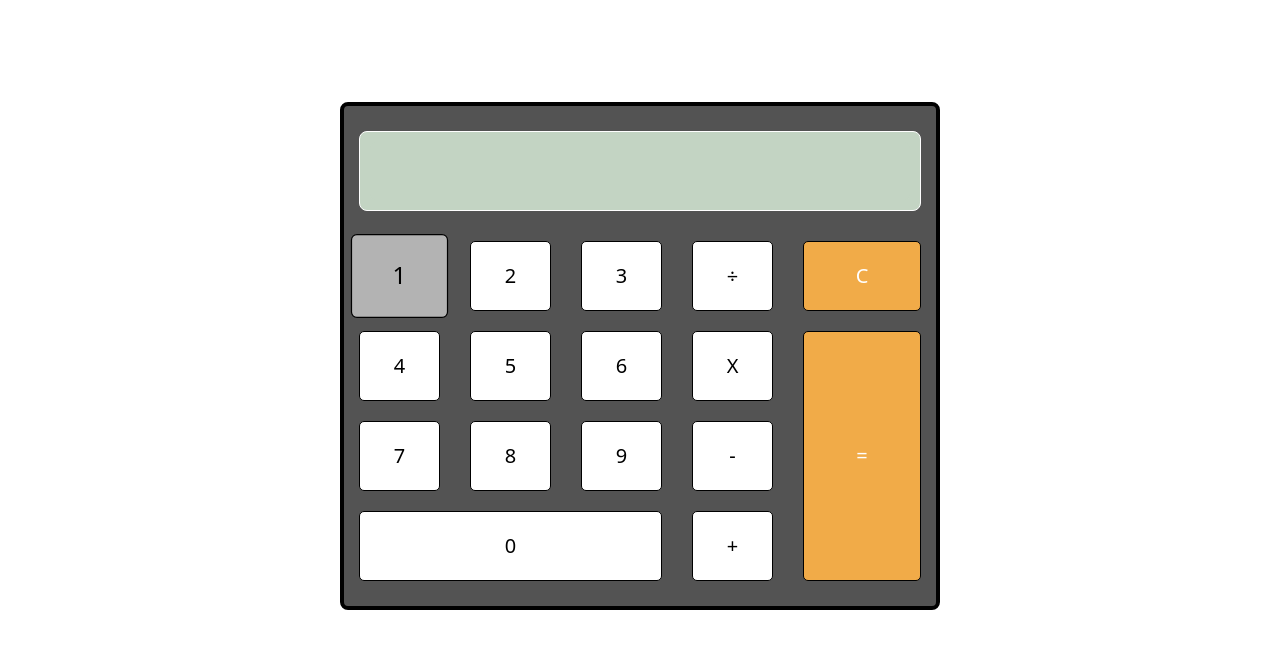
Repository: jsakdalan/CalculatorReactTypescript
Page: /
An editor plug-in stored every save of this project. The page is shown before and after the next save, followed by the edit.
The browser window is 1280 px wide. The pictures show the whole page.
The first visible `.btn-primary` is being pressed.
The project was rebuilt for these pictures with package versions that can differ from the ones it lists, and the page was loaded fresh each time. Also part of the build but not shown: src/App.css.

Above is the page before, as saved 2022-06-07 17:49:44.

### src/App.tsx
import  Calculator from './pages/Calculator';
import './App.css';
import 'bootstrap/dist/css/bootstrap.min.css'

export default function App() {

  return(
    <Calculator/>
  )
}

### src/pages/Calculator.tsx
import React from 'react';
import Col from 'react-bootstrap/Col';
import Container from 'react-bootstrap/Container';
import Row from 'react-bootstrap/Row';
import Button from 'react-bootstrap/Button';
import InputGroup from 'react-bootstrap/InputGroup';
import FormControl from 'react-bootstrap/FormControl';
import './Calculator.css'

export default function TextEditor(){

    interface Screen{
        styling: string;
    }

    interface Buttons {
        styling: string;
        btnNumber: string;
    }

    const Screen = (props:Screen) => {
        return(
            <InputGroup size="lg" className={props.styling}>
                    <FormControl
      aria-label="Default"
      aria-describedby="inputGroup-sizing-default"
    />
            </InputGroup>
        )
    }

    const Buttons = (props:Buttons) => {
        return(
            <Button className={props.styling}>
                {props.btnNumber}
            </Button>
        )
    }

    return(
        <>
            <Container className="container">
                <Row>
                    <Col><Screen styling="screen"/></Col>
                </Row>
                <Row>
                    <Col md={9}>
                        <Row>
                            <Col md={12}>
                                <Row>
                                    <Col md={3}><Buttons styling="numerical" btnNumber="1"/></Col>
                                    <Col md={3}><Buttons styling="numerical" btnNumber="2"/></Col>
                                    <Col md={3}><Buttons styling="numerical" btnNumber="3"/></Col>
                                    <Col md={3}><Buttons styling="operational" btnNumber="&#247;"/></Col>
                                </Row>
                            </Col>
                            <Col md={12}>
                                <Row>
                                    <Col md={3}><Buttons styling="numerical" btnNumber="4"/></Col>
                                    <Col md={3}><Buttons styling="numerical" btnNumber="5"/></Col>
                                    <Col md={3}><Buttons styling="numerical" btnNumber="6"/></Col>
                                    <Col md={3}><Buttons styling="operational" btnNumber="X"/></Col>
                                </Row>
                            </Col>
                            <Col md={12}>
                                <Row>
                                    <Col md={3}><Buttons styling="numerical" btnNumber="7"/></Col>
                                    <Col md={3}><Buttons styling="numerical" btnNumber="8"/></Col>
                                    <Col md={3}><Buttons styling="numerical" btnNumber="9"/></Col>
                                    <Col md={3}><Buttons styling="operational" btnNumber="-"/></Col>
                                </Row>
                            </Col>
                            <Col md={12}>
                                <Row>
                                    <Col md={9}><Buttons styling="numerical" btnNumber="0"/></Col>
                                    <Col md={3}><Buttons styling="numerical" btnNumber="+"/></Col>
                                </Row>
                            </Col>
                        </Row>
                    </Col>
                    <Col>
                        <Row>
                            <Col>
                                <Row>
                                    <Col md={12}><Buttons styling="erase" btnNumber="C"/></Col>
                                    <Col md={12}><Buttons styling="equals" btnNumber="="/></Col>
                                </Row>
                            </Col>
                        </Row>
                    </Col>
                </Row>
            </Container>
        </>
    )
}

### src/pages/Calculator.css
*{
    font-weight: bold;
    font-size: 20px;
    text-align: center;
}

.container{
    margin-top:8%;
    max-width: 600px!important;
    width: 400px;
    display: flex;
    flex-direction: column;
    border: 4px solid black;
    padding: 15px!important;
    border-radius: 8px;
    background-color: #535353;
}

.screen{
    width: 100%;
    padding: 10px;
    margin: 10px 0px 20px 0px;
    background-color: #c3d4c3;
    border-radius: 8px;
    border: 0.5px solid white;
}

.input-group>.form-control{
    position: relative;
    flex: 1 1 auto;
    width: 1%;
    background-color: #c3d4c3;
    min-width: 0;
    border: none;
    text-align: right;
}

.btn-primary{
    border:0.5px solid black!important;
}

.numerical{
    background-color: #ffffff!important;
    height: 70px;
    color: black!important;
    width: 100%;
    padding: 10px;
    margin: 10px 0px 10px 0px;
    background-color: #eeeeee;
}

.btn-primary:focus{
    box-shadow: none!important;
}

.btn-primary:active{
    transform: scale(1.2);
    background-color:rgb(179, 179, 179)!important;
    box-shadow: none!important;
}


.operational{
    background-color: #ffffff!important;
    height: 70px;
    color: black!important;
    width: 100%;
    padding: 10px;
    margin: 10px 0px 10px 0px;
}

.equals{
    background-color: #f1ab48!important;
    height: 250px;
    width: 100%;
    padding: 10px;
    margin: 10px 0px 10px 0px;
}

.erase{
    background-color: #f1ab48!important;
    height: 70px;
    width: 100%;
    padding: 10px;
    margin: 10px 0px 10px 0px;
}

Loaded but not shown: public/index.html (common file); src/index.tsx (common file); src/index.css (common file); src/reportWebVitals.ts (common file); public/manifest.json (common file)

After the next save:
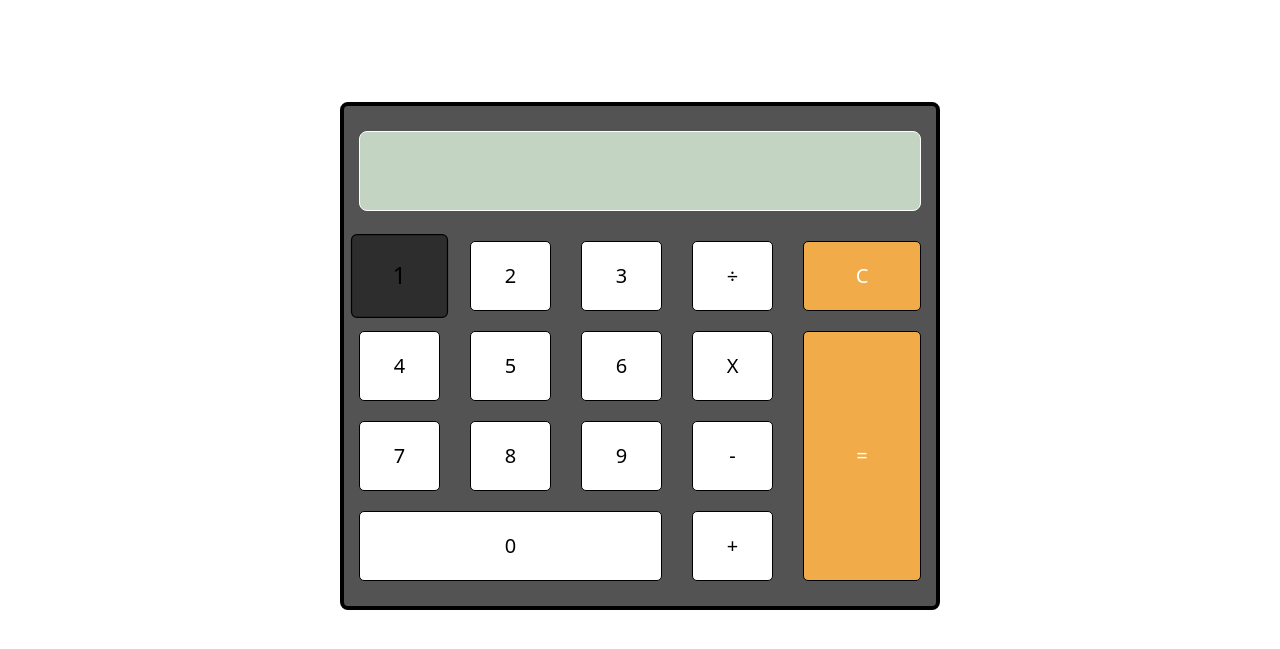
Saved 15 s later.
--- a/src/pages/Calculator.css
+++ b/src/pages/Calculator.css
@@ -55,7 +55,7 @@
 
 .btn-primary:active{
     transform: scale(1.2);
-    background-color:rgb(179, 179, 179)!important;
+    background-color:rgb(46, 45, 45)!important;
     box-shadow: none!important;
 }
 

After the save that followed:
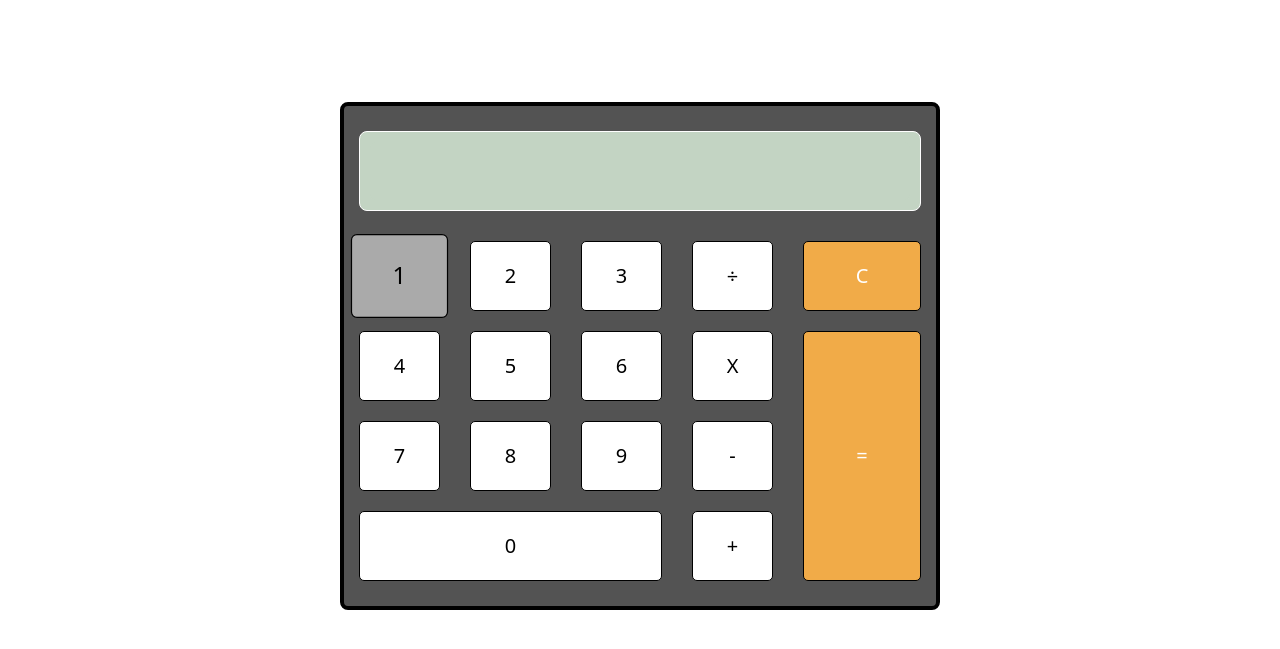
Saved 11 s later.
--- a/src/pages/Calculator.css
+++ b/src/pages/Calculator.css
@@ -55,7 +55,7 @@
 
 .btn-primary:active{
     transform: scale(1.2);
-    background-color:rgb(46, 45, 45)!important;
+    background-color:rgb(170, 170, 170)!important;
     box-shadow: none!important;
 }
 
